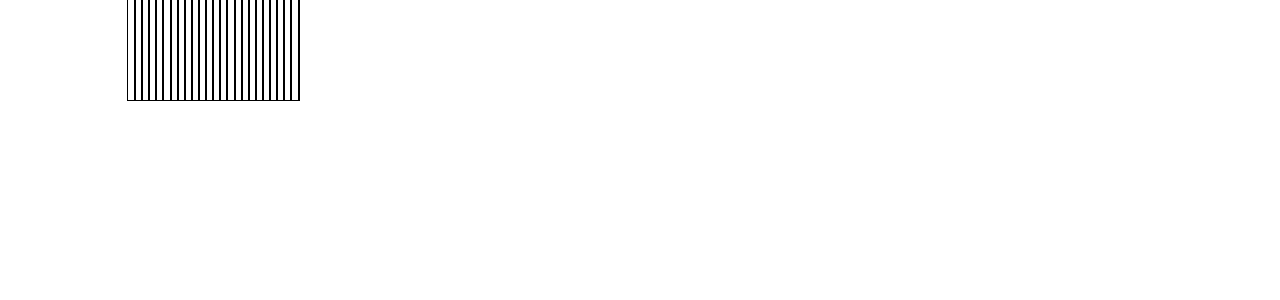
Repository: motiejus1/04-paskaita-praktine-uzduotis
Page: 2uzduotis.html
These files come from the project's save history. The page is drawn as it stood at one moment and after a run of saves; the edit follows.
The browser window is 1280 px wide. The pictures show the whole page.

Above is the page before, as saved 2021-06-05 14:58:42.

After the next 2 saves:
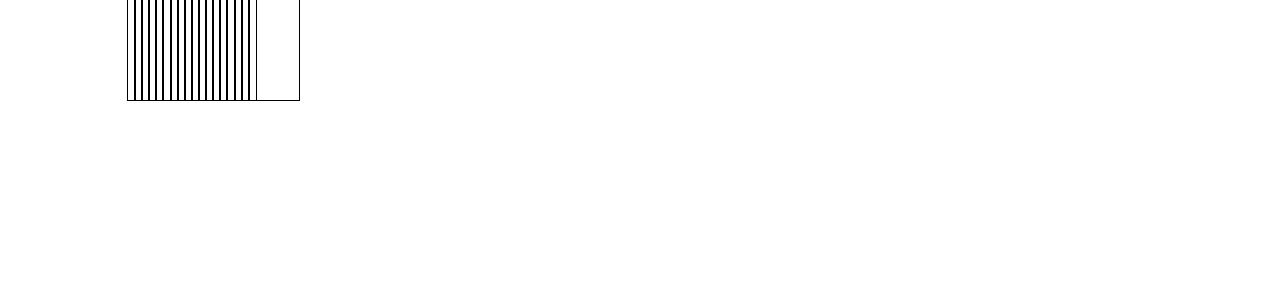
The 2 saves are shown as one change because they came seconds apart.
The last was saved 41 s later.
--- a/2uzduotis.html
+++ b/2uzduotis.html
@@ -45,12 +45,6 @@
         <div></div>
         <div></div>
         <div></div>
-        <div></div>
-        <div></div>
-        <div></div>
-        <div></div>
-        <div></div>
-        <div></div>
     </div>
 </body>
 </html>
